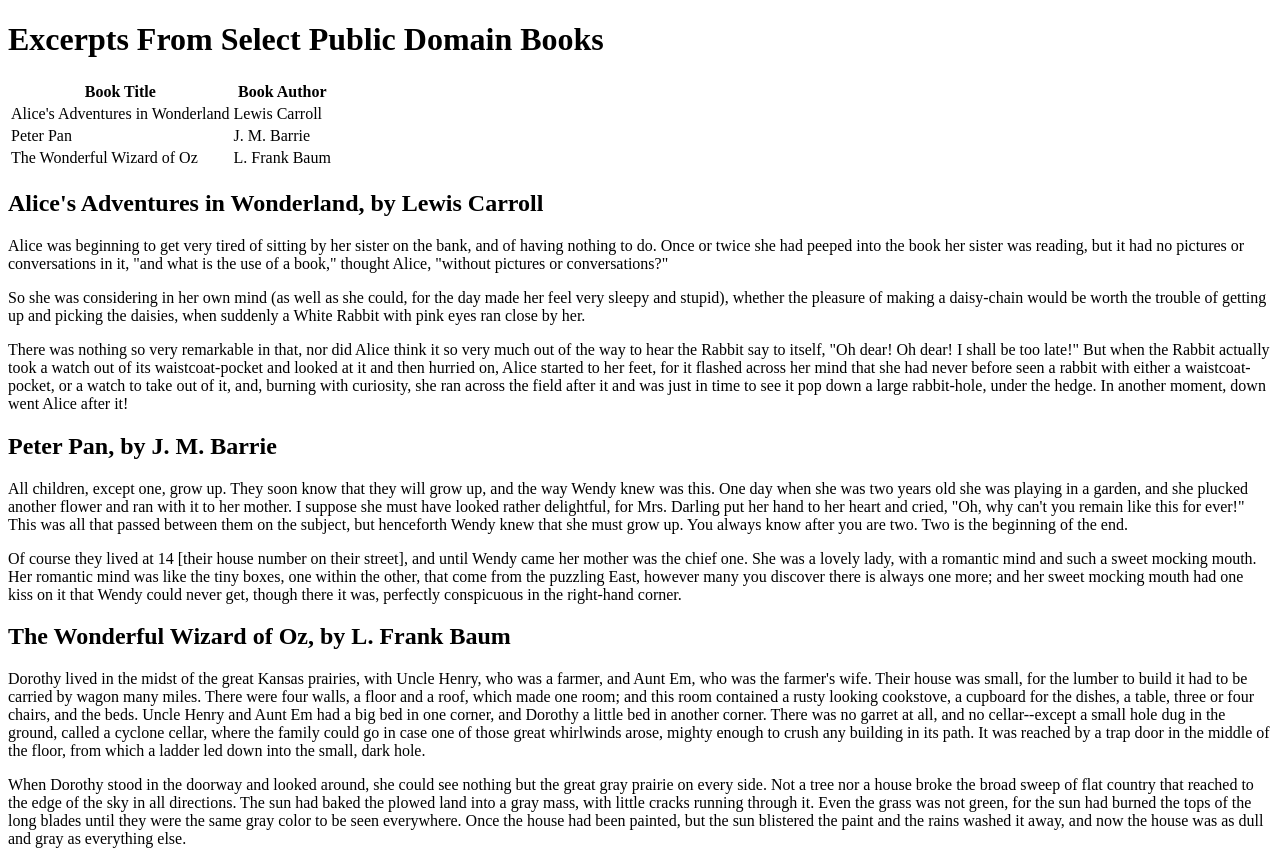
Repository: rishondass/ITMD361-Lab3
Page: index.html
The author's editor kept a copy of each file at every save. The page is drawn from the files as they stood at one save, then again after the next save.
The browser window is 1280 px wide. The pictures show the whole page.

Above is the page before, as saved 2023-01-13 14:32:17.

### index.html
<!DOCTYPE html>
<html lang="en">
<head>
    <meta charset="UTF-8">
    <meta http-equiv="X-UA-Compatible" content="IE=edge">
    <meta name="viewport" content="width=device-width, initial-scale=1.0">
    <title>Excerpts From Select Public Domain Books</title>
</head>
<body>
    <h1>Excerpts From Select Public Domain Books</h1>
    <table>
        <thead>
            <tr>
                <th>
                    <strong>Book Title</strong>
                </th>
                <th>
                    <strong>Book Author</strong>
                </th>
            </tr>
        </thead>
        <tbody>
            <tr>
                <td>Alice's Adventures in Wonderland</td>
                <td>Lewis Carroll</td>
            </tr>
            <tr>
                <td>Peter Pan</td>
                <td>J. M. Barrie</td>
            </tr>
            <tr>
                <td>The Wonderful Wizard of Oz</td>
                <td>L. Frank Baum</td>
            </tr>
        </tbody>
    </table>

    <h2>Alice's Adventures in Wonderland, by Lewis Carroll</h2>
    <p>
        Alice was beginning to get very tired of sitting by her sister on the bank, and of having nothing to do. Once or twice she had peeped into the book her sister was reading, but it had no pictures or conversations in it, "and what is the use of a book," thought Alice, "without pictures or conversations?"
    </p>
    <p>
        So she was considering in her own mind (as well as she could, for the day made her feel very sleepy and stupid), whether the pleasure of making a daisy-chain would be worth the trouble of getting up and picking the daisies, when suddenly a White Rabbit with pink eyes ran close by her.
    </p>
    <p>
        There was nothing so very remarkable in that, nor did Alice think it so very much out of the way to hear the Rabbit say to itself, "Oh dear! Oh dear! I shall be too late!" But when the Rabbit actually took a watch out of its waistcoat-pocket and looked at it and then hurried on, Alice started to her feet, for it flashed across her mind that she had never before seen a rabbit with either a waistcoat-pocket, or a watch to take out of it, and, burning with curiosity, she ran across the field after it and was just in time to see it pop down a large rabbit-hole, under the hedge. In another moment, down went Alice after it!
    </p>
    <h2>Peter Pan, by J. M. Barrie</h2>
    <p>
        All children, except one, grow up. They soon know that they will grow up, and the way Wendy knew was this. One day when she was two years old she was playing in a garden, and she plucked another flower and ran with it to her mother. I suppose she must have looked rather delightful, for Mrs. Darling put her hand to her heart and cried, "Oh, why can't you remain like this for ever!" This was all that passed between them on the subject, but henceforth Wendy knew that she must grow up. You always know after you are two. Two is the beginning of the end.
    </p>
    <p>
        Of course they lived at 14 [their house number on their street], and until Wendy came her mother was the chief one. She was a lovely lady, with a romantic mind and such a sweet mocking mouth. Her romantic mind was like the tiny boxes, one within the other, that come from the puzzling East, however many you discover there is always one more; and her sweet mocking mouth had one kiss on it that Wendy could never get, though there it was, perfectly conspicuous in the right-hand corner.

    </p>
    <h2>The Wonderful Wizard of Oz, by L. Frank Baum</h2>
    <p>
        Dorothy lived in the midst of the great Kansas prairies, with Uncle Henry, who was a farmer, and Aunt Em, who was the farmer's wife.  Their house was small, for the lumber to build it had to be carried by wagon many miles.  There were four walls, a floor and a roof, which made one room; and this room contained a rusty looking cookstove, a cupboard for the dishes, a table, three or four chairs, and the beds.  Uncle Henry and Aunt Em had a big bed in one corner, and Dorothy a little bed in another corner.  There was no garret at all, and no cellar--except a small hole dug in the ground, called a cyclone cellar, where the family could go in case one of those great whirlwinds arose, mighty enough to crush any building in its path.  It was reached by a trap door in the middle of the floor, from which a ladder led down into the small, dark hole.
    </p>
    <p>
        When Dorothy stood in the doorway and looked around, she could see nothing but the great gray prairie on every side.  Not a tree nor a house broke the broad sweep of flat country that reached to the edge of the sky in all directions.  The sun had baked the plowed land into a gray mass, with little cracks running through it.  Even the grass was not green, for the sun had burned the tops of the long blades until they were the same gray color to be seen everywhere.  Once the house had been painted, but the sun blistered the paint and the rains washed it away, and now the house was as dull and gray as everything else.
    </p>
</body>
</html>

After the next save:
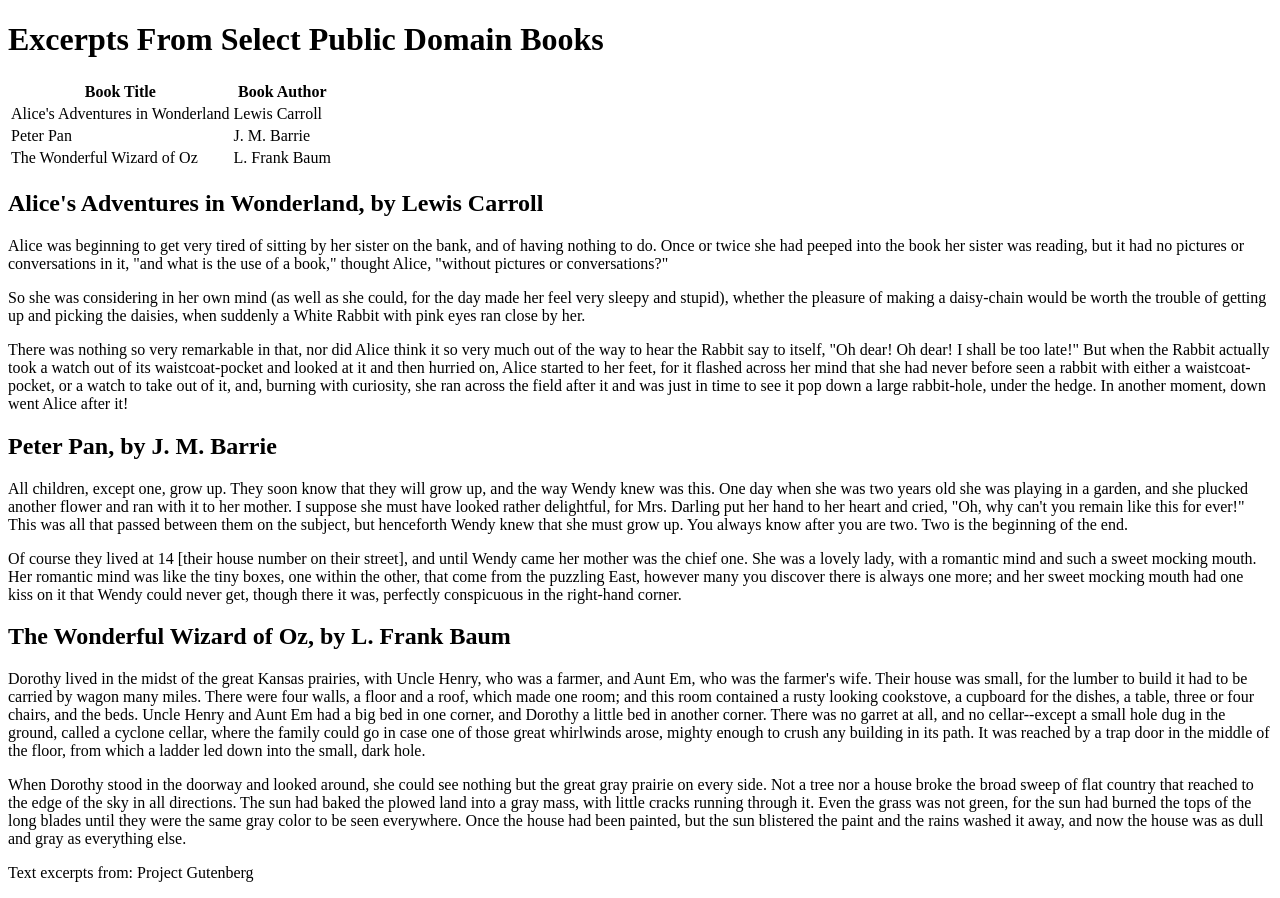
Saved 18 s later.
--- a/index.html
+++ b/index.html
@@ -60,5 +60,9 @@
     <p>
         When Dorothy stood in the doorway and looked around, she could see nothing but the great gray prairie on every side.  Not a tree nor a house broke the broad sweep of flat country that reached to the edge of the sky in all directions.  The sun had baked the plowed land into a gray mass, with little cracks running through it.  Even the grass was not green, for the sun had burned the tops of the long blades until they were the same gray color to be seen everywhere.  Once the house had been painted, but the sun blistered the paint and the rains washed it away, and now the house was as dull and gray as everything else.
     </p>
+
+    <p>
+        Text excerpts from: Project Gutenberg
+    </p>
 </body>
 </html>
